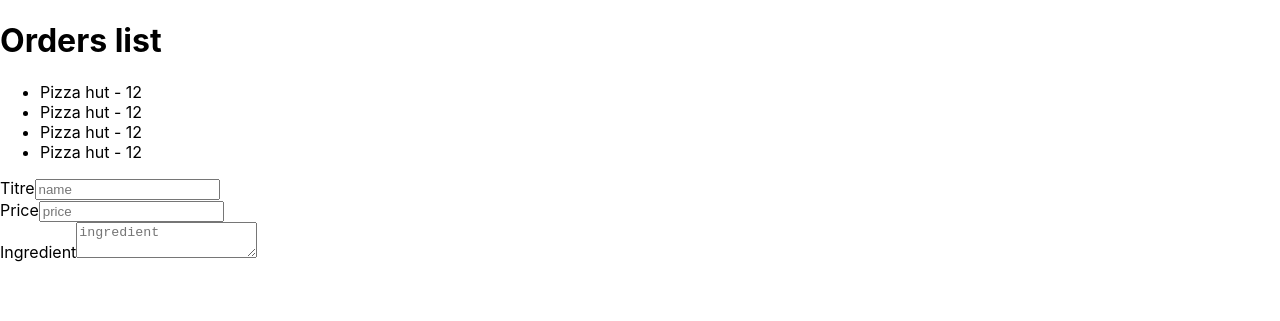
Repository: FS-23/react-navigation
Page: /
The author's editor kept a copy of each file at every save. The page is drawn from the files as they stood at one save, then again after the next save.
The browser window is 1280 px wide. The pictures show the whole page.
The project was rebuilt for these pictures with package versions that can differ from the ones it lists, and the page was loaded fresh each time. Also part of the build but not shown: src/components/Article.js.

Above is the page before, as saved 2022-05-06 14:28:26.

After the next save:
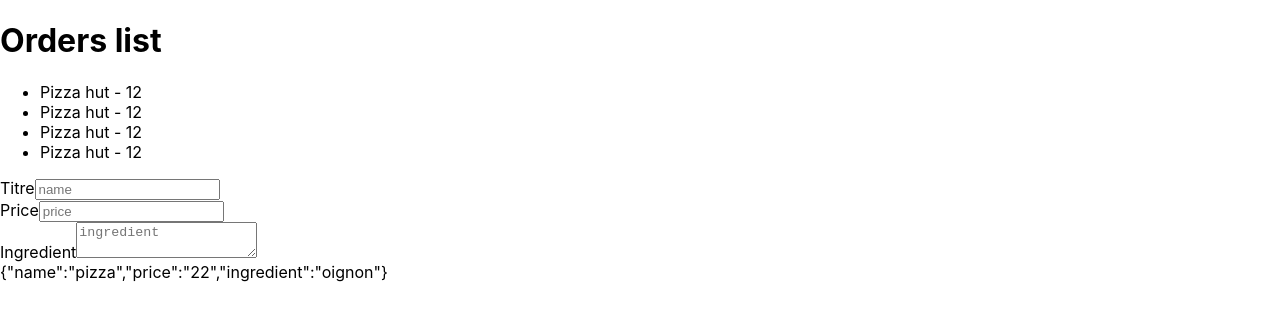
Saved 10 min 11 s later.
--- a/src/components/EditDetail.js
+++ b/src/components/EditDetail.js
@@ -9,6 +9,12 @@
            setInputs(inputs => ({...inputs, [name]: value}))
 
     }
+
+    inputs = {
+        name: "pizza",
+        price: "22",
+        ingredient: "oignon"
+    }
     return(
         <>
            <form >
@@ -16,6 +22,7 @@
                   <label className="form-label">Titre</label>
                   <input className="form-control"
                     type="text"
+                    onChange={handleOnChange}
                     placeholder="name"
                     name = "name" />
               </div>
@@ -23,6 +30,7 @@
                   <label className="form-label">Price</label>
                   <input className="form-control"
                     type="number"
+                    onChange={handleOnChange}
                     placeholder="price"
                     name = "price" />
               </div>
@@ -30,12 +38,15 @@
                   <label className="form-label">Ingredient</label>
                   <textarea className="form-control"
                         type="text"
+                        onChange={handleOnChange}
                         placeholder="ingredient"
                         name = "ingredient" >
 
                    </textarea>
               </div>
            </form>
+
+           <div>{JSON.stringify(inputs)}</div>
         </>
     )
 }

After the save that followed:
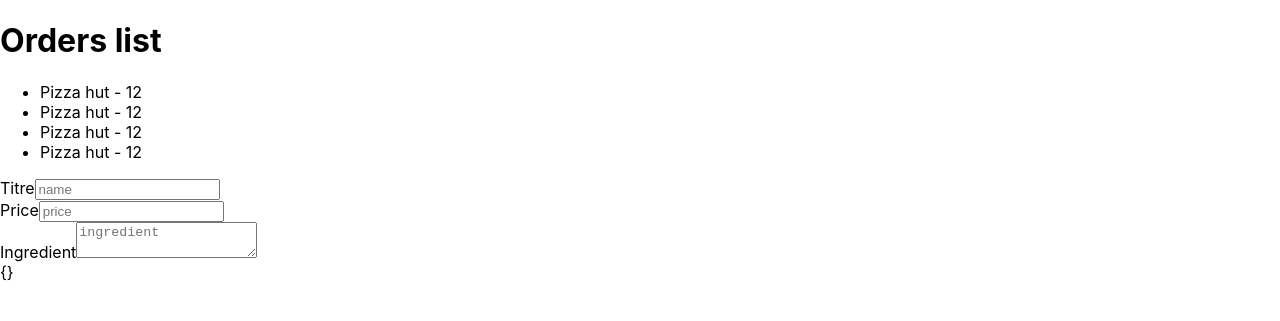
Saved 10 s later.
--- a/src/components/EditDetail.js
+++ b/src/components/EditDetail.js
@@ -10,11 +10,7 @@
 
     }
 
-    inputs = {
-        name: "pizza",
-        price: "22",
-        ingredient: "oignon"
-    }
+
     return(
         <>
            <form >
